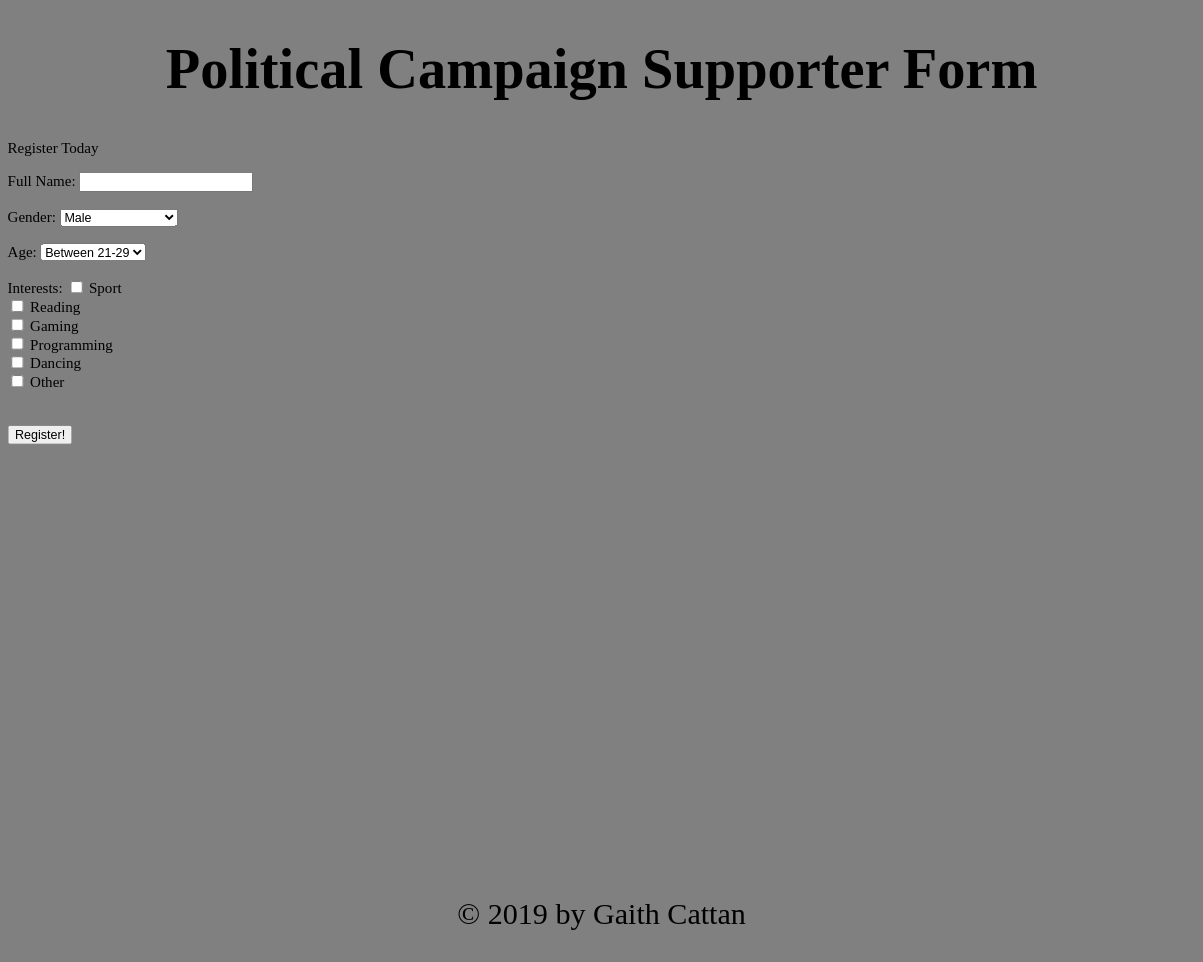
Repository: GaithCattan/COSW30
Page: labwork/lab2/contact.html
The author's editor kept a record of every edit. The page is drawn from the files as they stood at one moment, then again after the next edit.
The browser window is 1280 px wide. The pictures show the whole page, at 94% of full size.

Above is the page before.

After the next edit:
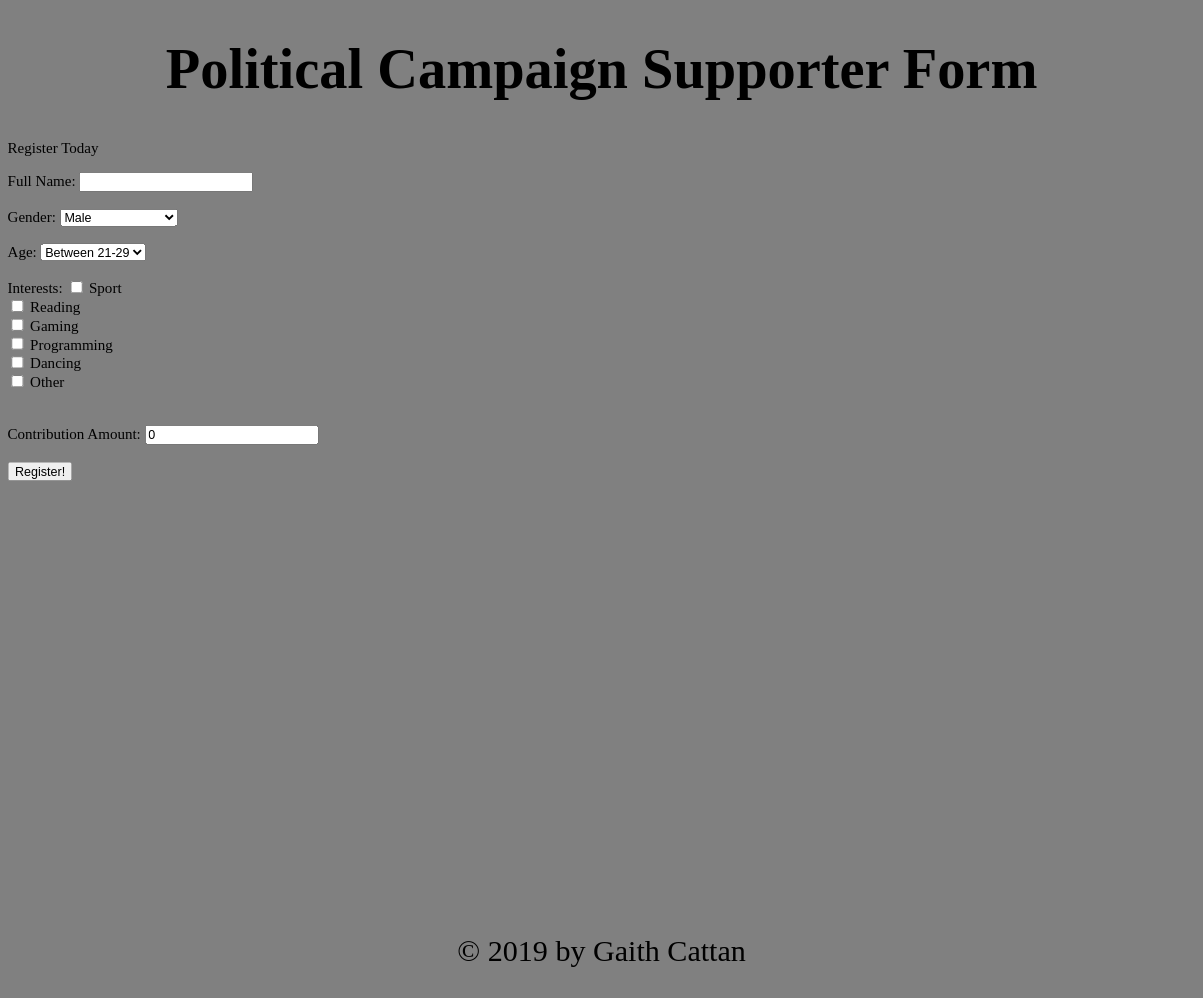
The edit:
--- a/labwork/lab2/contact.html
+++ b/labwork/lab2/contact.html
@@ -51,7 +51,9 @@
              <input type="checkbox" name="interests6" value="other"> Other<br>
              <br><br>
 
-
+             <lable for="contribution_amount">Contribution Amount: </lable>
+             <input type="text" id="contribution_amount" name="contribution_amount" value="0">
+             <br><br>
 
 
 
